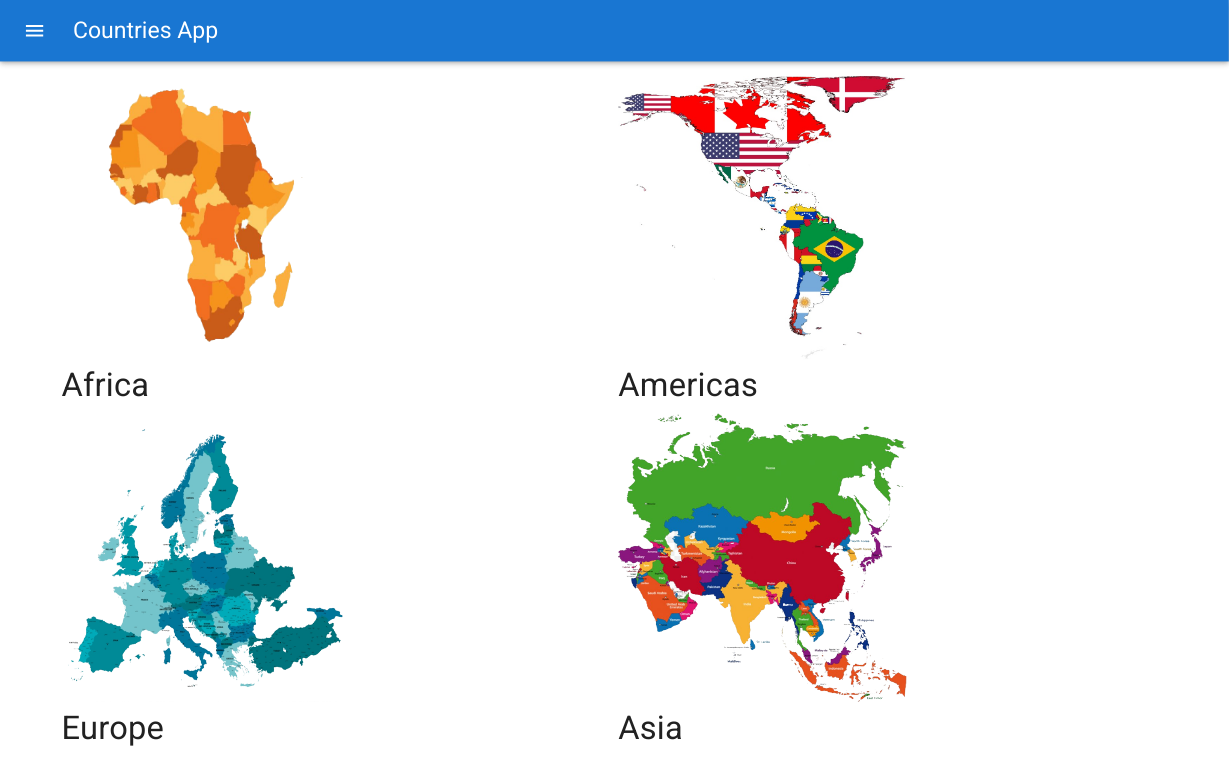
Repository: Ellisvelandia/countryreactjs
Page: /
These files come from the project's save history. The page is drawn as it stood at one moment and after a run of saves; the edit follows.
The browser window is 1280 px wide. The pictures show the whole page, at 96% of full size.
The project was rebuilt for these pictures with package versions that can differ from the ones it lists, and the page was loaded fresh each time. Also part of the build but not shown: src/index.css, src/components/Countries.jsx.

Above is the page before, as saved 2022-08-25 20:46:11.

After the next 4 saves:
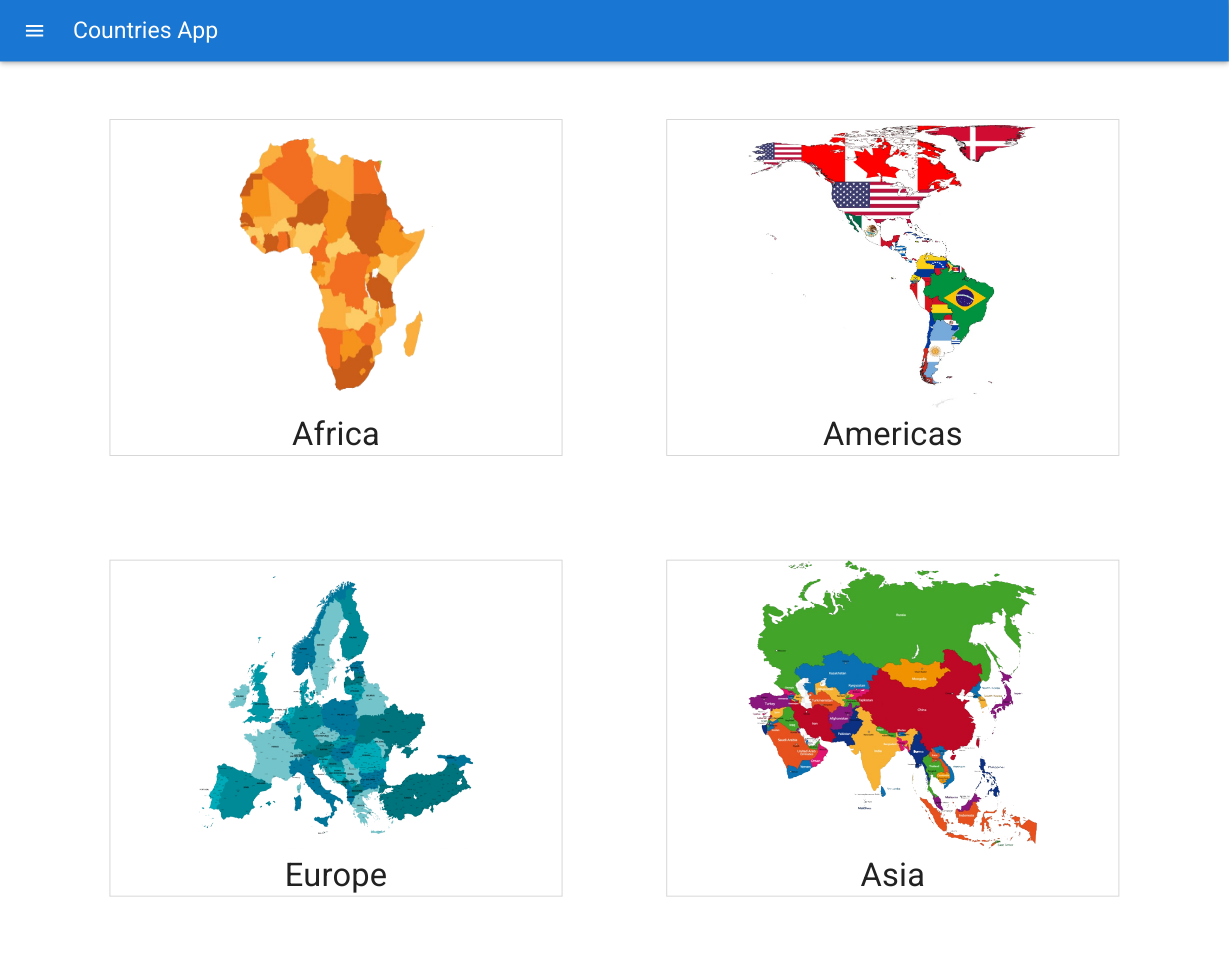
The 4 saves are shown as one change because they came seconds apart.
The last was saved 99 s later.
--- a/src/components/RegionPicker.jsx
+++ b/src/components/RegionPicker.jsx
@@ -29,27 +29,27 @@
           >
             <Grid container spacing={1} columnbs={12}>
               <Grid item xs={12} md={6} lg={6}>
-                <div className=".region-container">
+                <div className="region-container">
                   <img src={AfricaImage} alt="#" />
                   <Typography variant="h4">Africa</Typography>
                 </div>
               </Grid>
               <Grid item xs={12} md={6} lg={6}>
-                <div className=".region-container">
+                <div className="region-container">
                   <img src={AmericasImage} alt="#" />
                   <Typography variant="h4">Americas</Typography>
                 </div>
               </Grid>
 
               <Grid item xs={12} md={6} lg={6}>
-                <div className=".region-container">
+                <div className="region-container">
                   <img src={EuropeImage} alt="#" />
                   <Typography variant="h4">Europe</Typography>
                 </div>
               </Grid>
 
               <Grid item xs={12} md={6} lg={6}>
-                <div className=".region-container">
+                <div className="region-container">
                   <img src={AsiaImage} alt="#" />
                   <Typography variant="h4">Asia</Typography>
                 </div>
